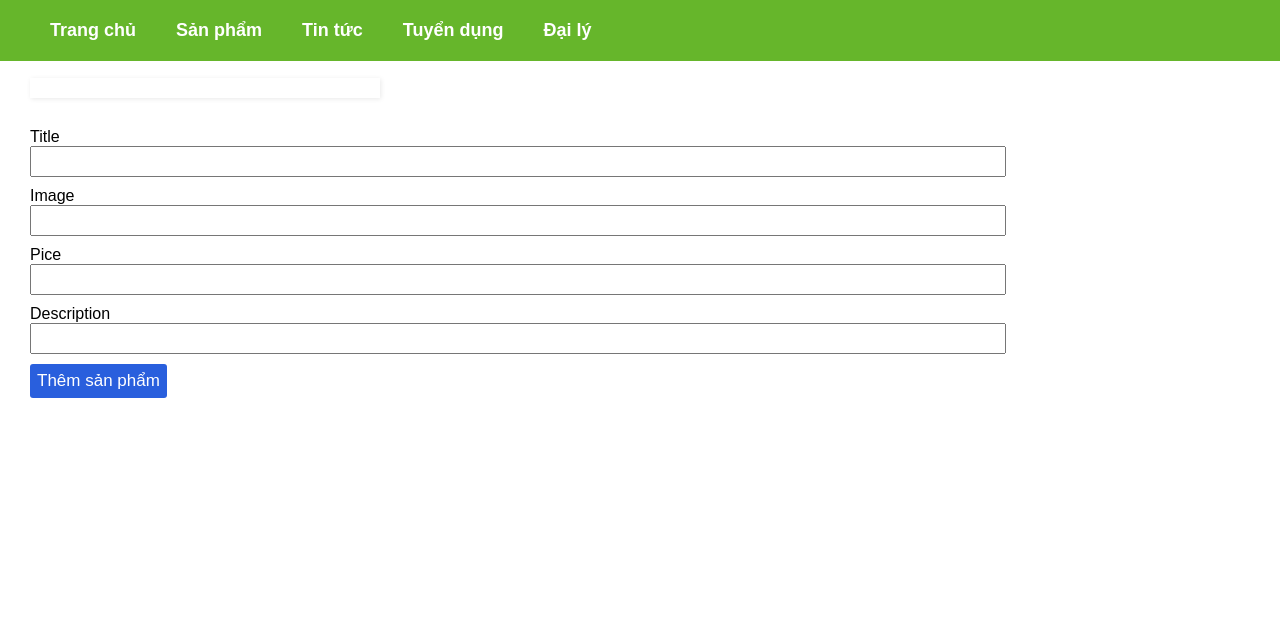
Repository: Ngoc28/CURD_HTML-CSS_JS_JSON
Page: index.html
An editor plug-in stored every save of this project. The page is shown before and after the next save, followed by the edit.
The browser window is 1280 px wide. The pictures show the whole page.
The page's requests for data from a server got no answer.

Above is the page before, as saved 2023-04-11 11:08:44.

### index.html
<!DOCTYPE html>
<html lang="en">
<head>
    <meta charset="UTF-8">
    <meta http-equiv="X-UA-Compatible" content="IE=edge">
    <meta name="viewport" content="width=device-width, initial-scale=1.0">
    <title>CURD Cơ bản</title>
    <link rel="stylesheet" href="https://cdnjs.cloudflare.com/ajax/libs/font-awesome/6.4.0/css/all.min.css" integrity="sha512-iecdLmaskl7CVkqkXNQ/ZH/XLlvWZOJyj7Yy7tcenmpD1ypASozpmT/E0iPtmFIB46ZmdtAc9eNBvH0H/ZpiBw==" crossorigin="anonymous" referrerpolicy="no-referrer" />
    <link rel="stylesheet" href="./asset/css/style.css">
</head>
<body>
    <header class="header-menu">
        <ul class="list-menu">
            <li class="item-menu"><a href="">Trang chủ</a></li>
            <li class="item-menu"><a href="">Sản phẩm</a></li>
            <li class="item-menu"><a href="">Tin tức</a></li>
            <li class="item-menu"><a href="">Tuyển dụng</a></li>
            <li class="item-menu"><a href="">Đại lý</a></li>
        </ul>
    </header>
    <div class="main">
        <div class="title-product">
            <h2 class="title">Sản phẩm của chúng tôi</h2>
        </div>
        <div class="products">
            <div class="product">
                <!-- <h3 class="product-name">Coca-Cola</h3>
                <img src="https://cdn.tgdd.vn/Products/Images/2947/190310/bhx/sua-trai-cay-nutriboost-huong-cam-297ml-202202122134380628.jpg" alt="" class="product-img">
                <spam class="product-price">18.000</spam>
                <span class="product-description">Nutriboost là thức uống dinh dưỡng kết hợp sữa và nước trái cây thơm ngon, giúp bạn luôn tràn năng lượng cho một ngày làm việc hiệu quả.</span> -->
            </div>
        </div>
    </div>
    <div class="form">
        <div class="form-1">
            <label for="">Title</label>
            <input type="text" name="title">
        </div>
        <div class="form-1">
            <label for="">Image</label>
            <input type="text" name="image">
        </div>
        <div class="form-1">
            <label for="">Pice</label>
            <input type="text" name="price">
        </div>
        <div class="form-1">
            <label for="">Description</label>
            <input type="text" name="description">
        </div>
        <button type="submit" id="create">Thêm sản phẩm</button>
    </div>

    <!-- formUpdate -->
    <div class="form-update">
        <div class="modal">
            <header>
                <i class="update-icon fa-solid fa-xmark"></i>
                <h1>
                    Form Update
                </h1>
            </header>
            <div class="modal-body">
                <div class="form-2">
                    <label for="title">Title</label>
                    <input type="text" id="title" name="title">
                </div>
                <div class="form-2">
                    <label for="image">Image</label>
                    <input type="text" id="image" name="image">
                </div>
                <div class="form-2">
                    <label for="price">Pice</label>
                    <input type="text" id="price" name="price">
                </div>
                <div class="form-2">
                    <label for="description">Description</label>
                    <input type="text" id="description" name="description">
                </div>
                <button type="submit" id="update">Update</button>
            </div>
        </div>
    </div>
    <script src="/script.js"></script>
</body>
</html>

### asset/css/style.css
*{
    padding: 0;
    margin: 0;
    box-sizing: border-box;
}

body {
    font-family: Arial, Helvetica, sans-serif;
}

.header-menu {
    position: fixed;
    top: 0;
    left: 0;
    right: 0;
    background-color: #66b62b;
    font-size: 18px;
    font-weight: 600;
}

.list-menu {
    display: flex;
    margin: 0 30px;
}

.item-menu {
    list-style: none;
}

.item-menu a {
    padding: 20px;
    display: block;
    text-decoration: none;
    color: #fff;
}

.item-menu a:hover {
    background-color: #ffd400;
    display: block;
}

/* Product */
.main {
    margin: 30px 30px 10px 30px;
}

.title-product {
    margin-bottom: 20px;
}


.title-product .title {
    text-align: center;
    color: #d72b27;
}

.products {
    display: flex;
    justify-content: space-between;
    flex-wrap: wrap;
}

.product {
    width: 350px;
    cursor: pointer;
    box-shadow: 1px 1px 5px   rgba(0, 0, 0, 0.09);
    margin-bottom: 20px;
    padding: 10px;
}


.product h3:hover {
    color: #d72b27;
}


.product-name {
    text-align: center;
}

.product-img {
    width: 100%;
    object-fit: cover;
}


.product .product-price:hover {
    color: #66b62b;
}

.product-price {
    color: #d72b27;
    margin: 10px 10px 6px;
    display: flex;
    justify-content: center;
    font-weight: 600;
}

.product-description {
    font-size: 15px;
    font-weight: 400;
    line-height: 20px;
    height: 40px;
    margin: 10px 10px 6px;
    overflow: hidden;
    display: block;
    display: -webkit-box;
    -webkit-box-orient: vertical;
    -webkit-line-clamp: 2;
}


.btn {
    display: flex;
    justify-content: center;
}


.delete-btn{
    margin-right: 10px;
}

.update-btn,
.delete-btn {
    padding: 8px;
    background-color: #66b62b;
    color: #fff;
    font-size: 15px;
    border: none;
    border-radius: 3px;
}

.update-btn:hover,
.delete-btn:hover {
    background-color: #336013;
}

/* Form */
.form {
    margin: 0 30px;

}

.form-1{
    margin-bottom: 10px;
}

.form-1 label {
    display: block;
    font-size: 16px;
    width: 90px;
}

.form-1 input {
    padding: 5px;
    font-size: 15px;
    width: 80%;
}

.form button {
    padding: 7px;
    background-color: #295fdd;
    color: #fff;
    font-size: 17px;
    border: none;
    border-radius: 3px;
}

.form button:hover {
    background-color: #172e62;
}

/* FormUpdate */

.form-update.open {
    display: flex;
}

.form-update {
    position:fixed;
    top: 0;
    right: 0;
    bottom: 0;
    left: 0;
    background-color: rgba(0, 0, 0, 0.5);
    align-items: center;
    justify-content: center;
    display: none;
}

.modal {
    background-color: #fff;
}

.modal header {
    background-color: #66b62b;
    color: #fff;
    height: 80px;
    width: 500px;
}

.modal h1 {
    line-height: 90px;
    text-align: center;
    font-size: 22px;
}

.modal .update-icon {
    float: right;
    padding: 10px;
    font-size: 20px;
    color: #fff;
}

.modal .update-icon:hover {
    color: #d72b27;
}

.modal-body {
    padding: 20px;
}

.form-2 {
    margin-bottom: 20px;
}

.form-2 label {
    display: block;
    margin-bottom: 5px;
    font-size: 16px;
    font-weight: 600;
    color: #3d81db;
}

.form-2 input {
    width: 100%;
    padding: 8px;
    font-size: 16px;
}

.modal-body button {
    padding: 8px;
    background-color: #295fdd;
    font-size: 17px;
    color: #fff;
    border: none;
    border-radius: 3px;
}

.modal-body button:hover {
    background-color: #172e62;
}

### script.js
let productsApi = 'http://localhost:3000/products';

function start() {
    getProducts(renderProducts);

    handleCreateForm();
}

start();

//lay ra san pham

function getProducts(callback) {

    fetch(productsApi)
    .then(function(response) {
        return response.json();
    })
    .then(callback);
}

function createProduct(data, callback) {
    var options = {
        method: 'POST',
        body: JSON.stringify(data),
        headers: {
            "Content-Type": "application/json",
            // 'Content-Type': 'application/x-www-form-urlencoded',
          }
    };
    fetch(productsApi, options)
        .then(function(response) {
            response.json();
        })
        .then(callback);

}

function handleDeleteProduct(id) {
    var options = {
        method: 'DELETE',
        headers: {
            "Content-Type": "application/json",
            // 'Content-Type': 'application/x-www-form-urlencoded',
          }
    };
    fetch(productsApi + '/' + id, options)
        .then(function(response) {
            response.json();
        })
        .then(function() {
           var productItem = document.querySelector('.product-item-' + id);
           if(productItem) {
            productItem.remove();
           }
        });
}


//show du lieu ra man hinh
function renderProducts(products) {
    var listProducts = document.querySelector('.products');

    var htmls = products.map(function(product) {
        return `
        <div class="product product-item-${product.id}">
            <h3 class="product-name">${product.title}</h3>
            <img src="${product.image}" class="product-img">
            <spam class="product-price">${product.price}đ</spam>
            <span class="product-description">${product.description}</span>
            <div class="btn">
                <button onclick="handleDeleteProduct(${product.id})" class="delete-btn">Delete</button>
                <button onclick="handleUpdateProduct()" class="update-btn">Update</button>
            </div>
        </div>`

    })

    listProducts.innerHTML = htmls.join('');
}

function handleCreateForm() {
    var createBtn = document.querySelector('#create');

    createBtn.onclick = function() {
        var title = document.querySelector('input[name="title"]').value;
        var image = document.querySelector('input[name="image"]').value;
        var price = document.querySelector('input[name="price"]').value;
        var description = document.querySelector('input[name="description"]').value;

        var formData = {
            title: title,
            image: image,
            price: price,
            description: description
        }

        createProduct(formData, function() {
            getProducts(renderProducts);
        });

    }
}

// Update Form
function handleUpdateProduct(id) {
    var formUpdate = document.querySelector('.form-update');
    var updateIcon = document.querySelector('.update-icon')
    console.log(updateIcon)
    formUpdate.classList.add('open')
}

After the next save:
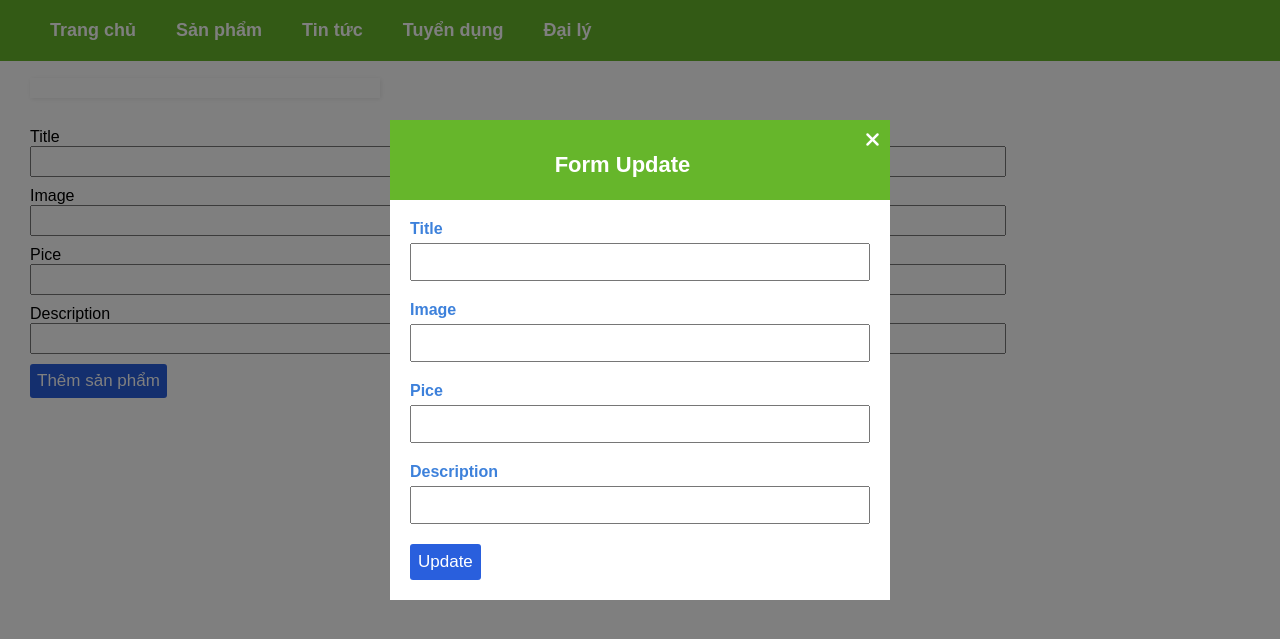
Saved 23 s later.
--- a/script.js
+++ b/script.js
@@ -109,3 +109,5 @@ function handleUpdateProduct(id) {
     console.log(updateIcon)
     formUpdate.classList.add('open')
 }
+
+handleUpdateProduct()

After the save that followed:
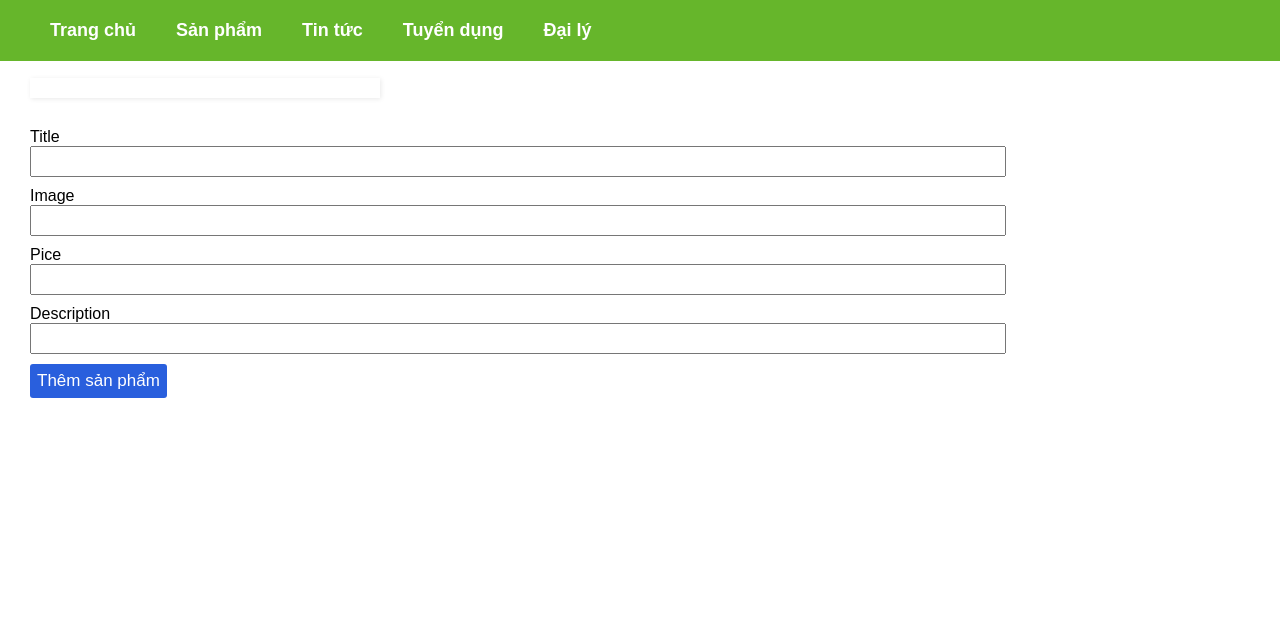
Saved 10 s later.
--- a/script.js
+++ b/script.js
@@ -110,4 +110,4 @@ function handleUpdateProduct(id) {
     formUpdate.classList.add('open')
 }
 
-handleUpdateProduct()
+// handleUpdateProduct()
